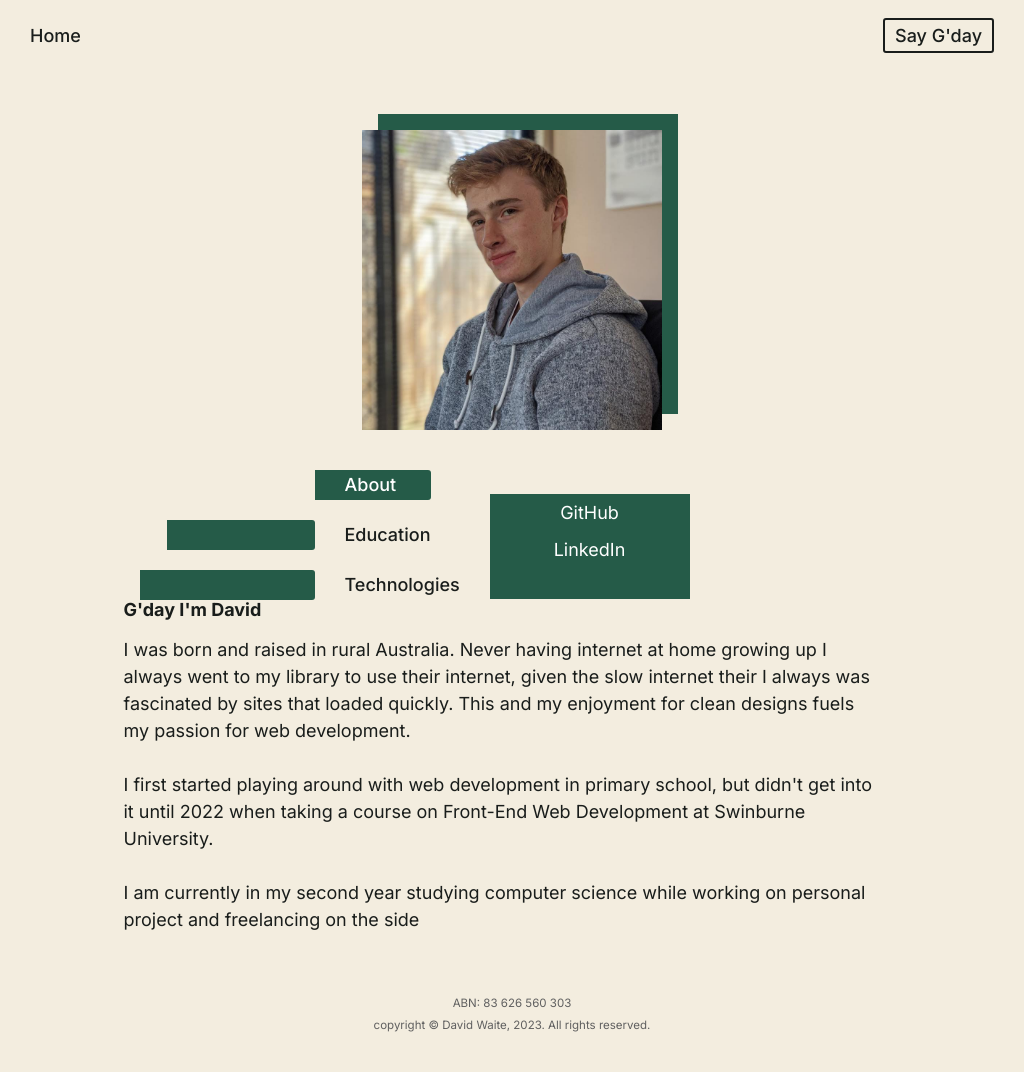
Repository: David-Waite/David-Waite-Portfolio
Page: /about
The author's editor kept a copy of each file at every save. The page is drawn from the files as they stood at one save, then again after a run of saves.
The browser window is 1024 px wide. The pictures show the whole page.
The project was rebuilt for these pictures with package versions that can differ from the ones it lists, and the page was loaded fresh each time. The framework's server and built-in components were replaced by stand-ins that run in the browser. Also part of the build but not shown: next.config.js.

Above is the page before, as saved 2023-07-28 09:05:59.

### app/layout.tsx
import "./globals.css";
import type { Metadata } from "next";
import { Inter } from "next/font/google";
import NavBar from "./components/Nav/NavBar/NavBar";
import Footer from "./components/Footer/Footer";

const inter = Inter({ subsets: ["latin"] });

export const metadata: Metadata = {
  title: "David Waite | Web Developer",
  description: `David Waite. Web Developer. I like to create simple clean websites that gets the user to where they wanna go without the clutter.`,
  formatDetection: {
    telephone: false,
  },
};

export default function RootLayout({
  children,
}: {
  children: React.ReactNode;
}) {
  return (
    <html lang="en">
      <body className={inter.className}>
        <NavBar />
        <div className="content">{children}</div>

        <Footer />
      </body>
    </html>
  );
}

### app/about/page.tsx
import AboutMain from "../components/About/AboutMain";

import { Metadata, NextPage } from "next/types";

export const metadata: Metadata = {
  title: "David Waite | About ",
};

export default function About() {
  return (
    <div>
      <AboutMain />
    </div>
  );
}

### app/contact/send/route.ts
import mail from "@sendgrid/mail";
import { NextResponse } from "next/server";

// Create an api key in sendgrid and store someplace safe
mail.setApiKey(process.env.SENDGRID_API_KEY || "");

type ResponseData = {
  status?: string;
  message?: string;
};

export async function POST(request: Request) {
  let response: ResponseData = {};
  const body = await request.json();
  // I know the formData I sent in my request has name, email, and message fields so I'm just manually grabbing them to format a message
  const message = `
    Name: ${body.name}\r\n
    Email: ${body.email}\r\n
    Message: ${body.message}

  `;
  const data = {
    to: "davidwaite122@gmail.com",
    from: "davidwaiteportfolio@zohomail.com.au",
    subject: "Contact Message via Sendgrid",
    text: message,
    html: message.replace(/\r\n/g, "<br>"),
  };

  // Send the data and create a response object. I'm using status and message to display a success or fail notification in the UI
  await mail
    .send(data)
    .then(() => {
      response = {
        status: "success",
        message: "Your message was sent. I'll be in contact shortly.",
      };
    })
    .catch((error) => {
      response = {
        status: "error",
        message: `Message failed to send with error, ${error}`,
      };
    });

  return NextResponse.json(response);
}

### app/globals.css
:root {
  --primary: #255b48;
  --black: #191d1b;
  --background: #f3eddf;
  --white: #ffffff;
  --grey: #606060;
  --error: #a83c23;
}

.paragraph {
  font-size: 18px;
  font-style: normal;
  font-weight: 400;
  line-height: 25.2px;
  color: var(--black);
}

body {
  background-color: var(--background);
  min-height: 100vh;
  display: flex;
  flex-direction: column;
}

.content {
  min-height: calc(100vh - 186px);
}
* {
  padding: 0;
  margin: 0;
  box-sizing: border-box;
}

### app/components/Nav/NavBar/NavBar.tsx
"use client";
import NavButton from "../NavButton/NavButton";
import styles from "./navBar.module.css";
import { usePathname } from "next/navigation";

import Link from "next/link";

export default function NavBar() {
  const currentRoute = usePathname();

  return (
    <nav className={styles.container}>
      <Link
        className={styles.link}
        href={`./${currentRoute === "/" ? "about" : "/"}`}
      >
        {currentRoute === "/" ? "About" : "Home"}
      </Link>

      {currentRoute !== "/contact" && <NavButton />}
    </nav>
  );
}

### app/components/Footer/Footer.tsx
import styles from "./footer.module.css";

export default function Footer() {
  return (
    <footer className={styles.main}>
      <p>ABN: 83 626 560 303</p>
      <p>copyright © David Waite, 2023. All rights reserved.</p>
    </footer>
  );
}

### app/components/About/AboutMain.tsx
"use client";

import Image from "next/image";
import styles from "./About.module.css";

import { useState } from "react";
import Menu from "./Menu/Menu";

export default function AboutMain() {
  const [selected, setSelected] = useState({
    about: true,
    education: false,
    technologies: false,
  });

  function handleClick(select: string) {
    setSelected(() => {
      return {
        about: select === "about" ? true : false,
        education: select === "education" ? true : false,
        technologies: select === "technologies" ? true : false,
      };
    });
  }

  const AboutText = (
    <>
      <h1 id="aboutHeading">G&apos;day I&apos;m David</h1>
      <p className={styles.description}>
        I was born and raised in rural Australia. Never having internet at home
        growing up I always went to my library to use their internet, given the
        slow internet their I always was fascinated by sites that loaded
        quickly. This and my enjoyment for clean designs fuels my passion for
        web development.
        <br />
        <br /> I first started playing around with web development in primary
        school, but didn&apos;t get into it until 2022 when taking a course on
        Front-End Web Development at Swinburne University.
        <br />
        <br /> I am currently in my second year studying computer science while
        working on personal project and freelancing on the side
      </p>
    </>
  );

  const EducationText = (
    <>
      <h1 id="aboutHeading">My Education</h1>
      <ul className={`${styles.description} ${styles.descriptionList} `}>
        <li>
          CT50220 Dimploma of Information Technology (Front End Web Development)
          | 2022
        </li>
        <li>BA-CS Bachelor of Computer Science | 2023 - current</li>
        <li>Front end developer career path (72hrs) | Scrimba (online)</li>
        <li>
          React Native - The Practical Guide 2022 (26hrs) | Udemy (online)
        </li>
        <li>
          C# Basics for Beginners: Learn C# Fundamentals by Coding (6hrs) |
          Udemy (online)
        </li>
        <li>
          C# Intermediate: Classes, Interfaces and OOP (6hrs) | Udemy (online)
        </li>
      </ul>
    </>
  );
  const TechnologiesText = (
    <>
      <h1 id="aboutHeading">What I&apos;m confortable with</h1>
      <ul className={`${styles.description} ${styles.descriptionList} `}>
        <li>HTML</li>
        <li>CSS</li>
        <li>Next.Js</li>
        <li>Contentful</li>
        <li>React.Js</li>
        <li>JavaScript</li>
        <li>C#</li>
      </ul>
    </>
  );

  let textContent;

  if (selected.about) {
    textContent = AboutText;
  }
  if (selected.technologies) {
    textContent = TechnologiesText;
  }
  if (selected.education) {
    textContent = EducationText;
  }
  return (
    <main className={styles.container}>
      <Menu selected={selected} onClick={handleClick} mobile={false} />
      <div className={styles.content}>
        <div className={styles.textContainer}>
          <div className={styles.paragraphContainer}>{textContent}</div>
          <div className={`${styles.desktopLink} ${styles.links}`}>
            <a href="https://github.com/David-Waite" target="_blank">
              GitHub
            </a>
            <a href="www.linkedin.com/in/davidwaitedev" target="_blank">
              LinkedIn
            </a>
            {/* <a href="https://www.instagram.com/david__waite/" target="_blank">
              Instagram
            </a> */}
          </div>
        </div>
        <div className={styles.moblieLinkContainer}>
          <Menu selected={selected} onClick={handleClick} mobile={true} />
          <div className={`${styles.moblieLink} ${styles.links}`}>
            <a href="https://github.com/David-Waite" target="_blank">
              GitHub
            </a>
            <a href="www.linkedin.com/in/davidwaitedev" target="_blank">
              LinkedIn
            </a>
            {/* <a href="https://www.instagram.com/david__waite/" target="_blank">
            Instagram
          </a> */}
          </div>
        </div>
        <div className={styles.imageContainer}>
          <Image
            src="/aboutMe.jpg"
            fill={true}
            alt="David"
            priority
            blurDataURL="data:[embedded picture, 1451 characters]"
            placeholder="blur"
          />
        </div>
      </div>
    </main>
  );
}

### app/components/Nav/NavButton/NavButton.tsx
import styles from "./navButton.module.css";

import Link from "next/link";

export default function NavButton() {
  return (
    <Link className={styles.container} href={"./contact"}>
      Say G&apos;day
    </Link>
  );
}

### app/components/Nav/NavBar/navBar.module.css
.container {
  display: flex;
  align-items: center;
  justify-content: space-between;
  height: 70px;
  padding: 0 30px;
}

.link {
  color: var(--black);
  text-decoration: none;
  font-size: 18px;
  font-weight: 500;
  cursor: pointer !important;
}

.link:hover {
  color: var(--grey);
}

@media (max-width: 768px) {
  .container {
    padding: 0 20px;
  }
}
@media (max-width: 425px) {
  .link {
    font-size: 16px;
  }
}

### app/components/Footer/footer.module.css
.main {
  text-align: center;
  margin-top: 40px;
  margin-bottom: 40px;
  font-size: 11.52px;
  color: var(--grey);
  display: flex;
  flex-direction: column;
  gap: 8px;
}

### app/components/About/About.module.css
.container {
  display: flex;
  height: calc(100vh - 70px);
  width: 100%;
  align-items: center;
  justify-content: center;
}

.content {
  position: relative;
  display: flex;
  align-items: center;
  gap: 200px;
}
.imageContainer {
  position: relative;
  width: 440px;
  height: 440px;
  box-shadow: var(--primary) 16px -16px 0px 0px;
}

.descriptionList {
  margin-left: 32px;
  margin-right: -32px;
}
.content h1 {
  color: var(--black);
  font-size: 18px;
  font-weight: 700;
  margin-bottom: 16px;
}
.description {
  color: var(--black);
  font-size: 18px;
  font-weight: 400;
  height: 297px;
  width: 740px;

  line-height: 27px;
}

.links {
  margin-top: 24px;
  position: absolute;
  left: -56px;
  padding: 0 56px;
  background-color: var(--primary);
  display: flex;
  align-items: center;
  flex-direction: column;
}
.mobileLink {
  display: none;
}
.links a {
  cursor: pointer !important;
  color: var(--white);
  text-decoration: none;
  font-size: 18px;
  margin: 8px 0;
}

.container hr {
  width: 100%;
  display: none;
}
.links a:hover {
  color: var(--background);
}

.moblieLink {
  display: none;
}
@media (max-width: 2000px) {
  .content {
    gap: 100px;
  }
}
@media (max-width: 1850px) {
  .imageContainer {
    width: 350px;
    height: 350px;
  }
}

@media (max-width: 1750px) {
  .imageContainer {
    width: 350px;
    height: 350px;
    margin-right: -50px;
  }
}

@media (max-width: 1650px) {
  .description {
    width: 700px;
  }
}

@media (max-width: 1550px) {
  .imageContainer {
    margin-right: -100px;
    width: 300px;
    height: 300px;
  }
}

@media (max-width: 1450px) {
  .imageContainer {
    margin-right: -150px;
    width: 300px;
    height: 300px;
  }
}

@media (max-width: 1350px) {
  .content {
    gap: 50px;
  }
}
@media (max-width: 1250px) {
  .description {
    width: 625px;
  }
}

@media (max-width: 1200px) {
  .desktopLink {
    display: none;
  }
  .moblieLink {
    display: flex;
  }

  .description {
    height: auto;
  }
  .container {
    padding: 20px;
    margin-top: 40px;
    display: block;
    height: auto;
  }

  .description {
    margin-right: 16px;
    width: 100%;
    max-width: 761px;
    height: 300px;
  }
  .descriptionList {
    margin-left: 16px;
    margin-right: 0px;
  }
  .content {
    flex-direction: column-reverse;
    gap: 0px;
  }
  .imageContainer {
    margin-right: 0px;
    align-self: center;
  }
  .links {
    position: static;
    width: 200px;
    margin-left: auto;
  }
  .moblieLinkContainer {
    margin-top: 40px;
    display: flex;
  }
}

@media (max-width: 850px) {
  .description {
    height: 380px;
  }
}

@media (max-width: 768px) {
  .content {
    flex-direction: column-reverse;
    gap: 0px;
  }
  .imageContainer {
    align-self: center;
  }
  .description {
    height: auto;
  }
  .textContainer {
    align-self: flex-start;
  }
  .moblieLinkContainer {
    align-items: center;
    justify-content: space-between;
    width: 100vw;
    height: 134px;
    margin-bottom: 40px;
  }
  .links {
    margin: 0;
    margin-right: -20px;
    width: 100px;
  }
}

@media (max-width: 425px) {
  .links a,
  .content h1,
  .description {
    font-size: 16px;
  }
}

### app/components/About/Menu/Menu.tsx
"use client";
import styles from "./menu.module.css";

export default function Menu(props: {
  onClick: any;
  selected: any;
  mobile: boolean;
}) {
  function handleClick(select: string) {
    props.onClick(select);
  }

  const selectedBackground: any = {
    left: "0px",
  };
  const selectedP: any = {
    color: "white",
  };

  return (
    <div
      className={`${styles.menu} ${
        props.mobile === true ? styles.moblie : styles.desktop
      }`}
      id="menu"
    >
      <div
        className={`${styles.linkContainer} ${styles.about}`}
        onClick={() => handleClick("about")}
      >
        <div
          className={styles.aboutBackground}
          style={Object.assign(props.selected.about && selectedBackground)}
        ></div>
        <p style={Object.assign(props.selected.about && selectedP)}>About</p>
      </div>
      <br />
      <div
        className={`${styles.linkContainer} ${styles.education}`}
        onClick={() => handleClick("education")}
      >
        <div
          className={styles.educationBackground}
          style={Object.assign(props.selected.education && selectedBackground)}
        ></div>
        <p style={Object.assign(props.selected.education && selectedP)}>
          Education
        </p>
      </div>
      <br />
      <div
        className={`${styles.linkContainer} ${styles.technologies}`}
        onClick={() => handleClick("technologies")}
      >
        <div
          className={styles.technologiesBackground}
          style={Object.assign(
            props.selected.technologies && selectedBackground
          )}
        ></div>
        <p style={Object.assign(props.selected.technologies && selectedP)}>
          Technologies
        </p>
      </div>
    </div>
  );
}

### app/components/Nav/NavButton/navButton.module.css
.container {
  border: 2px solid var(--black);
  color: var(--black);
  font-weight: 500;
  border-radius: 3px;
  font-size: 18px;
  padding: 5px 10px;
  transition: 0.3s;
  text-decoration: none;
  cursor: pointer !important;
}

.container:hover {
  background-color: var(--primary);
  color: var(--white);
}

@media (max-width: 425px) {
  .container {
    font-size: 16px;
  }
}

### app/components/About/Menu/menu.module.css
.menu {
  position: absolute;
  left: 0;
  font-size: 18px;
  font-weight: 500;
}

.menu div {
  display: flex;
  align-items: center;
}

.linkContainer {
  position: relative;
}
.linkContainer p {
  position: relative;
  cursor: pointer !important;
  color: var(--black);
}

.aboutBackground,
.educationBackground,
.technologiesBackground {
  position: absolute;
  background-color: var(--primary);
  left: 0;
  height: 30px;
  border-radius: 0 3px 3px 0;
  transition: 0.3s ease-in;
}
.about {
  width: 116px;
}
.aboutBackground {
  width: 116px;
  left: -116px;
}
.about:hover .aboutBackground {
  left: 0;
}

.education {
  width: 148px;
}
.educationBackground {
  width: 148px;
  left: -148px;
}
.education:hover .educationBackground {
  left: 0;
}

.technologies {
  width: 175px;
}
.technologiesBackground {
  width: 175px;
  left: -175px;
}
.technologies:hover .technologiesBackground {
  left: 0;
}

.menu p {
  top: 0;
  padding: 4px 30px;

  transition: 0.3s;
}

.selected {
  border-radius: 0 3px 3px 0;
  color: var(--white);
  background: rgb(37, 91, 72);
}

.menu a {
  text-decoration: none;
}

.linkContainer p:hover {
  position: relative;
  color: var(--white);
}

.moblie {
  display: none;
}
@media (max-width: 1200px) {
  .menu {
    top: calc((100vh - 70px) / 2);
    z-index: 4;
  }
  .desktop {
    display: none;
  }

  .moblie {
    display: block;
    position: inherit;
    margin-left: -20px;
  }
}

After the next 2 saves:
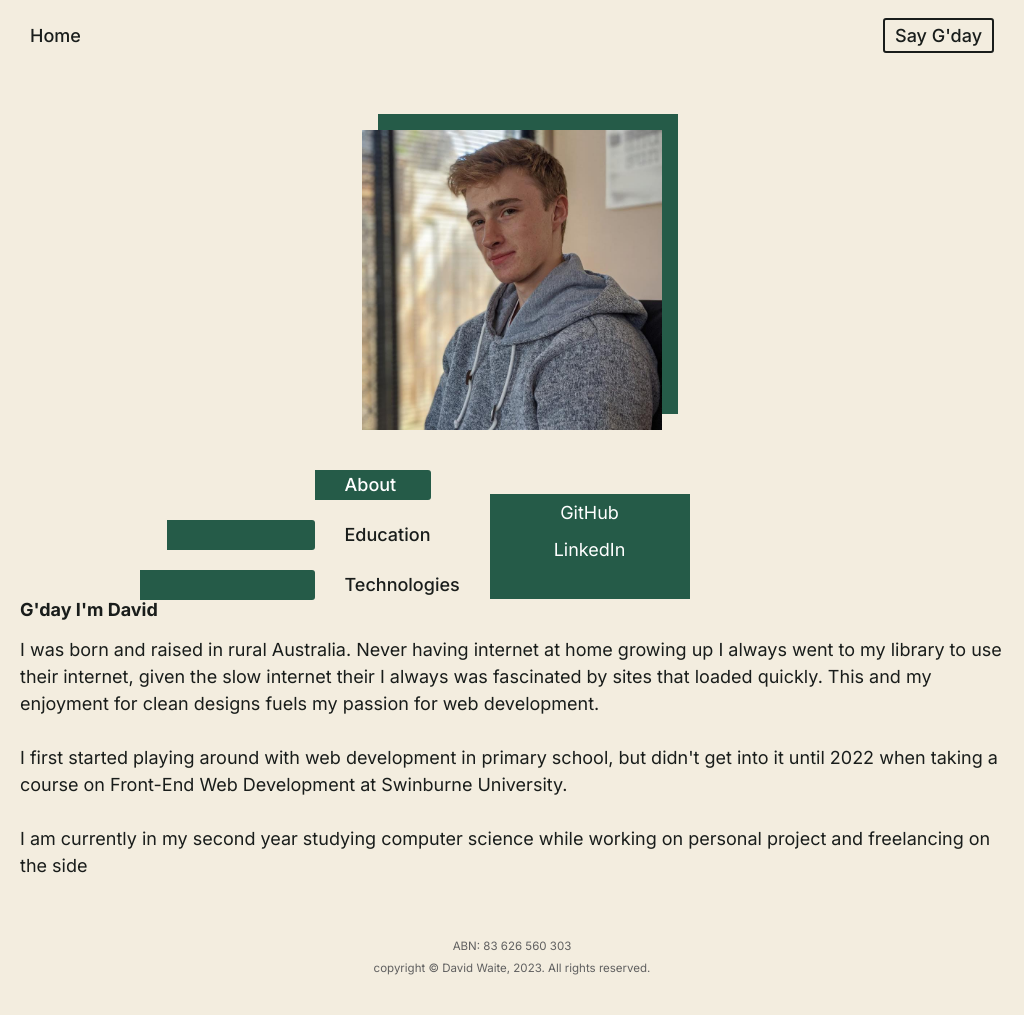
The 2 saves are shown as one change because they came seconds apart.
The last was saved 7 s later.
--- a/app/components/About/About.module.css
+++ b/app/components/About/About.module.css
@@ -145,8 +145,6 @@
   .description {
     margin-right: 16px;
     width: 100%;
-    max-width: 761px;
-    height: 300px;
   }
   .descriptionList {
     margin-left: 16px;
